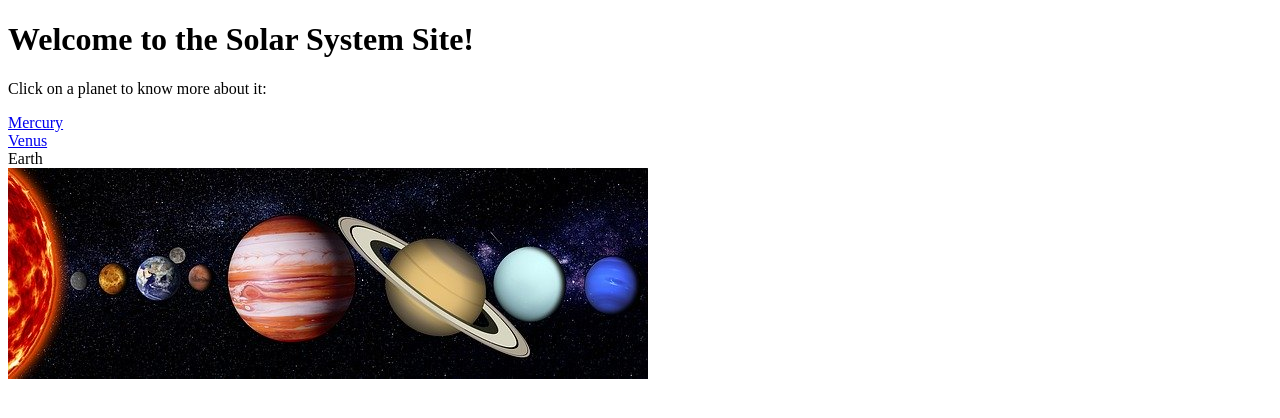
Repository: ctm93/Website1
Page: lab6/views/index.html
The author's editor kept a record of every edit. The page is drawn from the files as they stood at one moment, then again after the next edit.
The browser window is 1280 px wide. The pictures show the whole page.

Above is the page before.

### lab6/views/index.html
<!DOCTYPE html>
<html>
    <head>
        <title> The Solar System</title>
    </head>
    <body>
        <h1> Welcome to the Solar System Site!</h1>
        <p> Click on a planet to know more about it:</p>

        <a href = "/mercury">Mercury</a> <br>
        <a href = "/mercury">Venus</a> <br>
        Earth <br>

        <img src ="/img/sky.jpg" alt="The Solar System" />
    </body>
</html>

After the next edit:
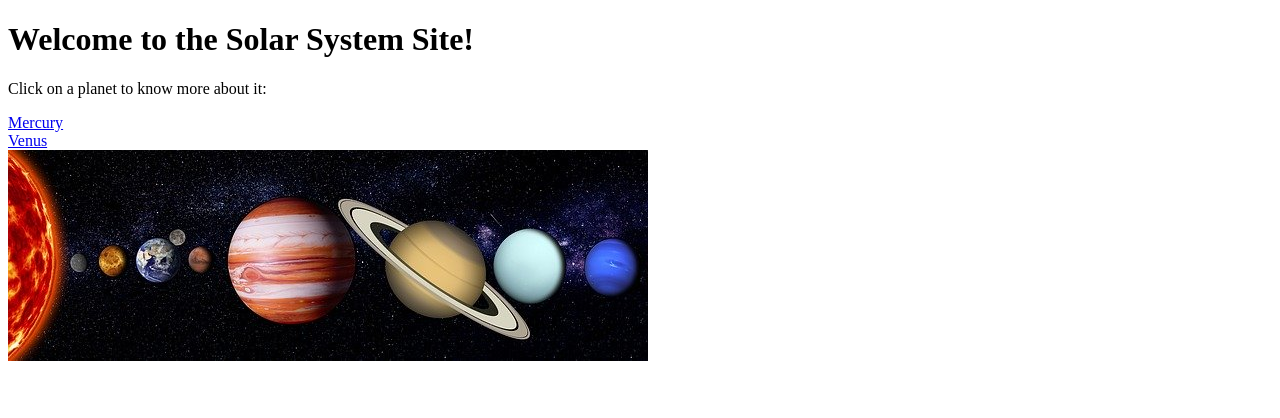
The edit:
--- a/lab6/views/index.html
+++ b/lab6/views/index.html
@@ -8,8 +8,8 @@
         <p> Click on a planet to know more about it:</p>
 
         <a href = "/mercury">Mercury</a> <br>
-        <a href = "/mercury">Venus</a> <br>
-        Earth <br>
+        <a href = "/venus">Venus</a> <br>
+
 
         <img src ="/img/sky.jpg" alt="The Solar System" />
     </body>
